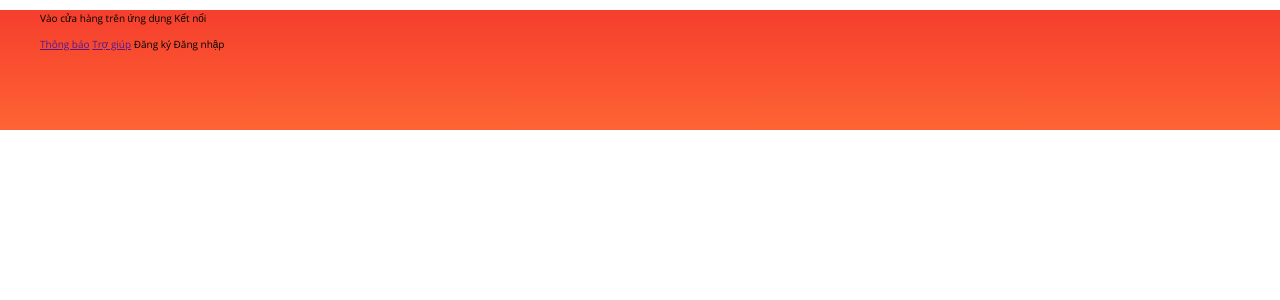
Repository: trongtamdev/Clone-Shopee-Page
Page: index.html
The author's editor kept a copy of each file at every save. The page is drawn from the files as they stood at one save, then again after the next save.
The browser window is 1280 px wide. The pictures show the whole page.

Above is the page before, as saved 2022-07-05 15:36:34.

### index.html
<!DOCTYPE html>
<html lang="en">

<head>
    <meta charset="UTF-8">
    <meta http-equiv="X-UA-Compatible" content="IE=edge">
    <meta name="viewport" content="width=device-width, initial-scale=1.0">
    <title>Document</title>
    <link rel="stylesheet" href="https://cdnjs.cloudflare.com/ajax/libs/normalize/8.0.1/normalize.min.css">
    <link rel="stylesheet" href="assets/css/base.css">
    <link rel="stylesheet" href="assets/css/main.css">
    <link href="https://fonts.googleapis.com/css2?family=Open+Sans:wght@300;400;500;700&display=swap" rel="stylesheet">
</head>
    <div class="app">
        <header class="header">
            <nav class="header__navbar">
                <ul class="header__navbar-list">
                    <li class="header__navbar-item">
                        Vào cửa hàng trên ứng dụng
                    </li>
                    <li class="header__navbar-item">
                        Kết nối
                    </li>
                </ul>

                <ul class="header__navbar-list">
                    <li class="header__navbar-item">
                        <a href="" class="header__navbar-item-link">Thông báo</a>
                    </li>

                    <li class="header__navbar-item">
                        <a href="" class="header__navbar-item-link">Trợ giúp</a>
                    </li>

                    <li class="header__navbar-item">Đăng ký</li>
                    <li class="header__navbar-item">Đăng nhập</li>
                </ul>
            </nav>
        </header>

        <div class="container">

        </div>

        <footer class="footer">

        </footer>
    </div>

<body>

</body>

</html>

### assets/css/base.css
:root {
    --white-color :#fff;
    --back-color :#000;
    --text-color : #333;
}

*{
    box-sizing: inherit;
}

html {
    font-size: 62.5%;
    line-height: 1.6rem;
    font-family: 'Open Sans', sans-serif;;
    box-sizing: border-box;
}

.grid {
    width: 1200px;
    max-width: 100%;
    margin: 0 auto;
}

.grid__full-width {
    width: 100%;
}

.grid__row {
    display: flex;
    flex-wrap: wrap
}

### assets/css/main.css
.header {
    height: 120px;
    background-image: linear-gradient(0, #fe6433, #f53e2d);
}

.header__navbar-list {
    list-style: none;
}

.header__navbar-item {
    display: inline-block;
}

After the next save:
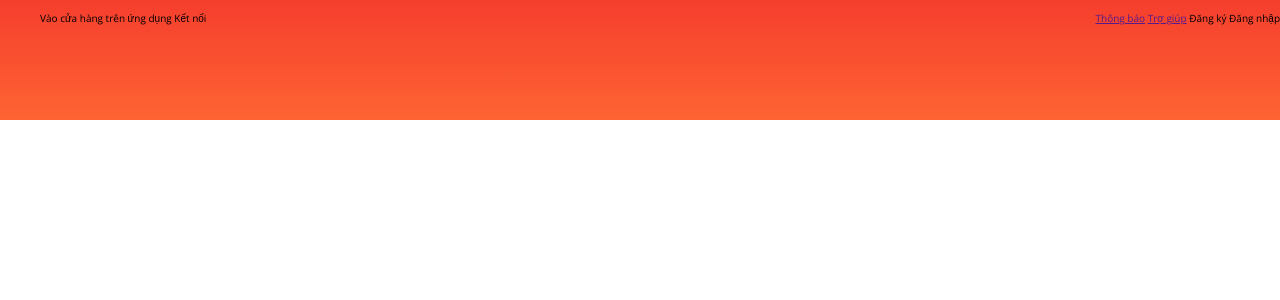
Saved 9 min 58 s later.
--- a/assets/css/main.css
+++ b/assets/css/main.css
@@ -1,6 +1,11 @@
 .header {
     height: 120px;
     background-image: linear-gradient(0, #fe6433, #f53e2d);
+}
+
+.header__navbar {
+    display: flex;
+    justify-content: space-between;
 }
 
 .header__navbar-list {
